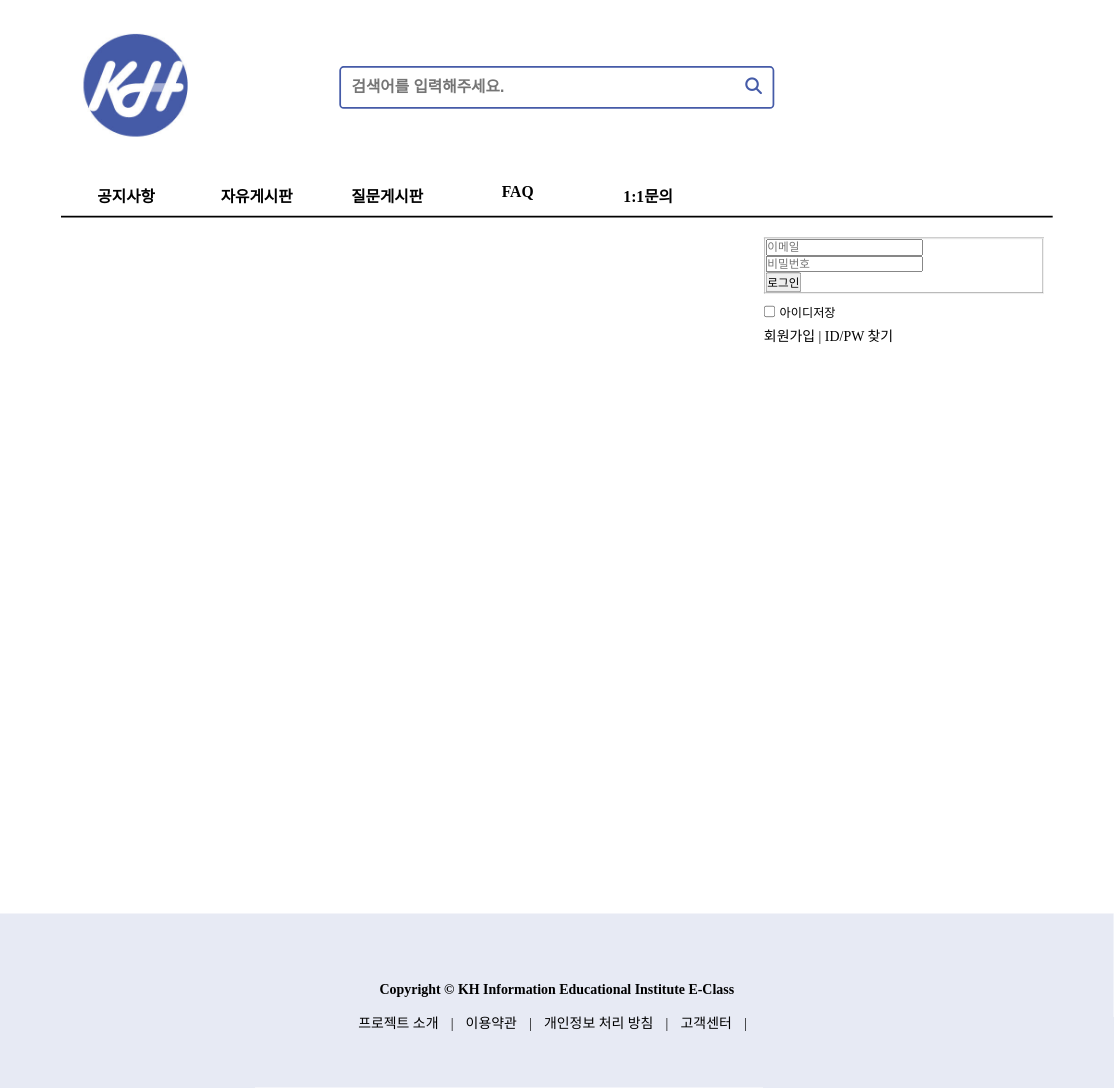
Repository: kdhleppa/server
Page: http://localhost/boardProject/
An editor plug-in stored every save of this project. The page is shown before and after the next save, followed by the edit.
The browser window is 1280 px wide. The pictures show the whole page, at 87% of full size.
Some web libraries are served in a nearby version. The page is served by Tomcat 9.

Above is the page before, as saved 2023-09-21 05:34:00.

After the next save:
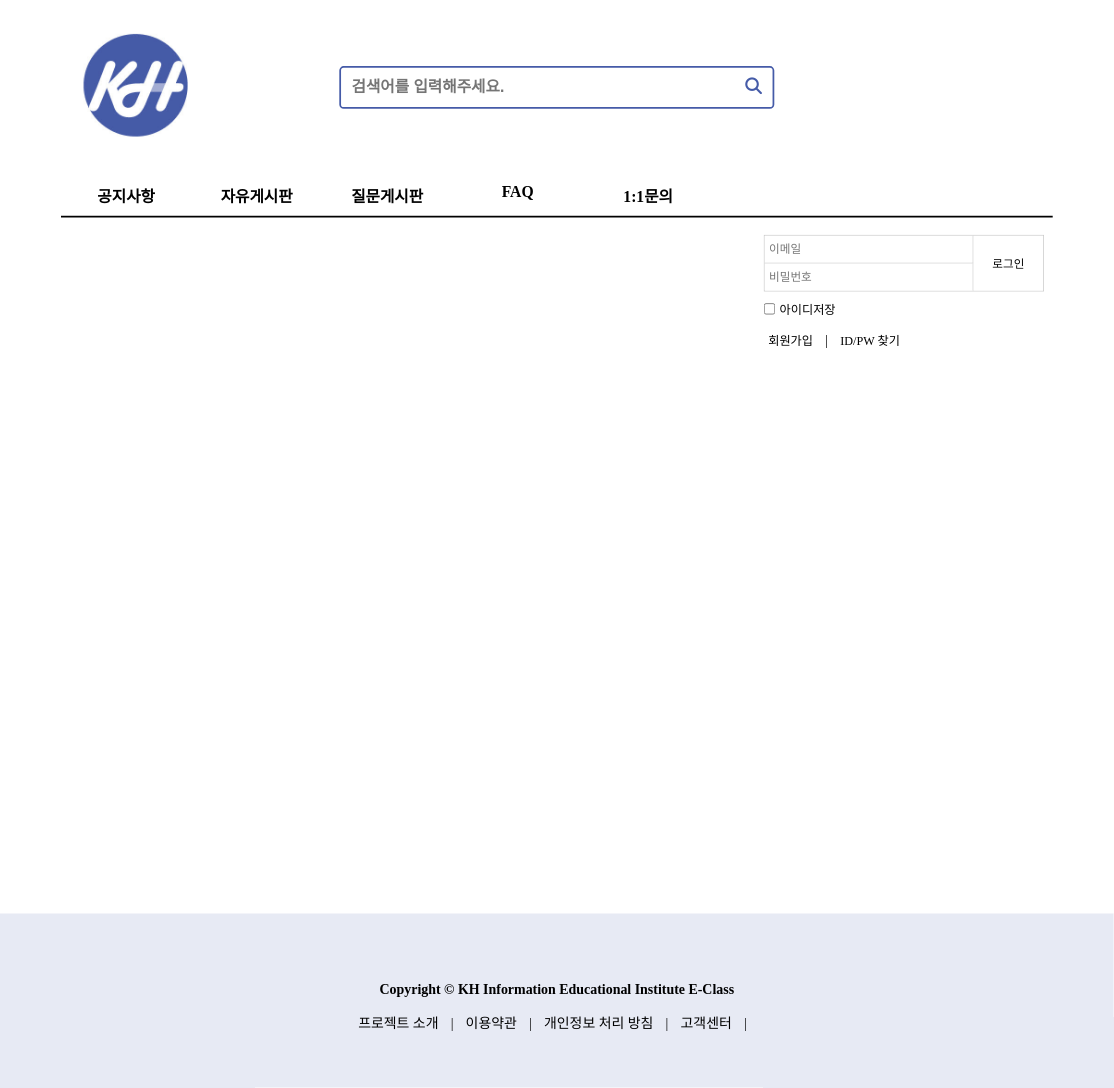
Saved 3 min 57 s later.
--- a/boardProject/src/main/webapp/index.jsp
+++ b/boardProject/src/main/webapp/index.jsp
@@ -31,7 +31,7 @@
             <!-- 아이디/비밀번호/로그인버튼 영역-->
             <section class="content-2">
                 <form action="#" name="login-form" id="loginFrm">
-                    <fieldset id="id-pw-area">
+                    <fieldset class="id-pw-area">
                         <section>
                             <input type="text" name="inputEmail" placeholder="이메일">
                             <input type="password" name="inputPassword" placeholder="비밀번호">
@@ -45,7 +45,7 @@
                     </label>
 
                     <!-- 회원가입/ id/pw 찾기 영역 -->
-                    <section id="signup-find-area">
+                    <section class="signup-find-area">
                         <a href="#">회원가입</a>
                         <span>|</span>
                         <a href="#">ID/PW 찾기</a>
--- a/boardProject/src/main/webapp/resources/css/main-style.css
+++ b/boardProject/src/main/webapp/resources/css/main-style.css
@@ -206,7 +206,7 @@
 }
 
 /* id input 태그 */
-input[name='inputId']{
+input[name='inputEmail']{
     border-bottom : 1px solid #ccc !important;
 }
 
